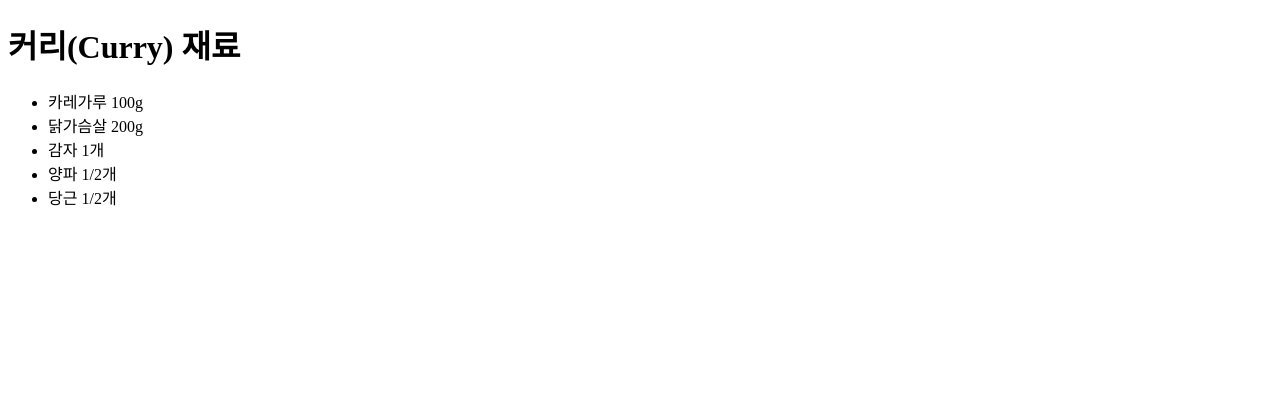
Repository: masima305/html_study
Page: Ex_1220/WebContent/day1/curry.html
The author's editor kept a copy of each file at every save. The page is drawn from the files as they stood at one save, then again after the next save.
The browser window is 1280 px wide. The pictures show the whole page.

Above is the page before, as saved 2017-12-20 06:56:15.

After the next save:
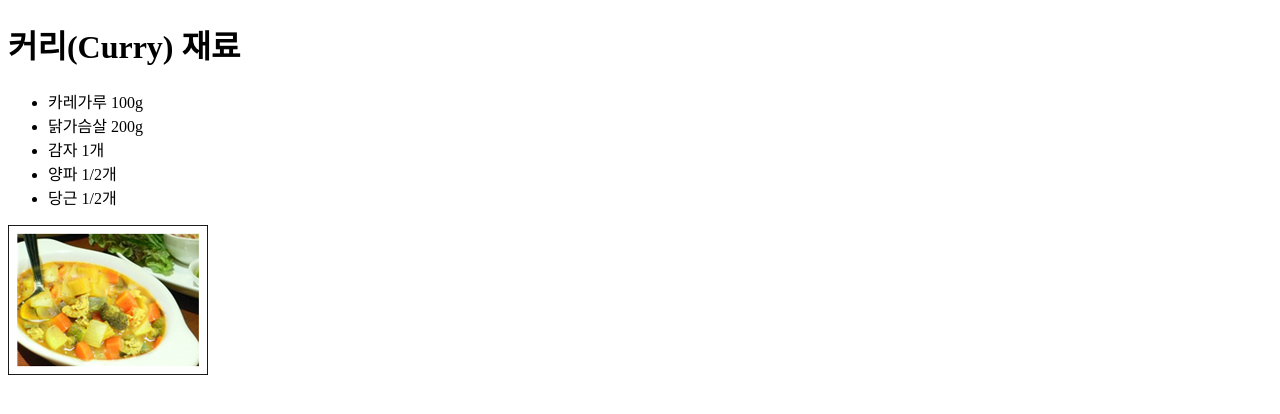
Saved 32 s later.
--- a/Ex_1220/WebContent/day1/curry.html
+++ b/Ex_1220/WebContent/day1/curry.html
@@ -15,6 +15,6 @@
 			<li>당근 1/2개</li>
 
 		</ul>
-		<img alt="카레 완성 이미지" src="../image/curry.jpg/>
+		<img alt="카레 완성 이미지" src="../image/curry.jpg"/>
 	</body>
 </html>
